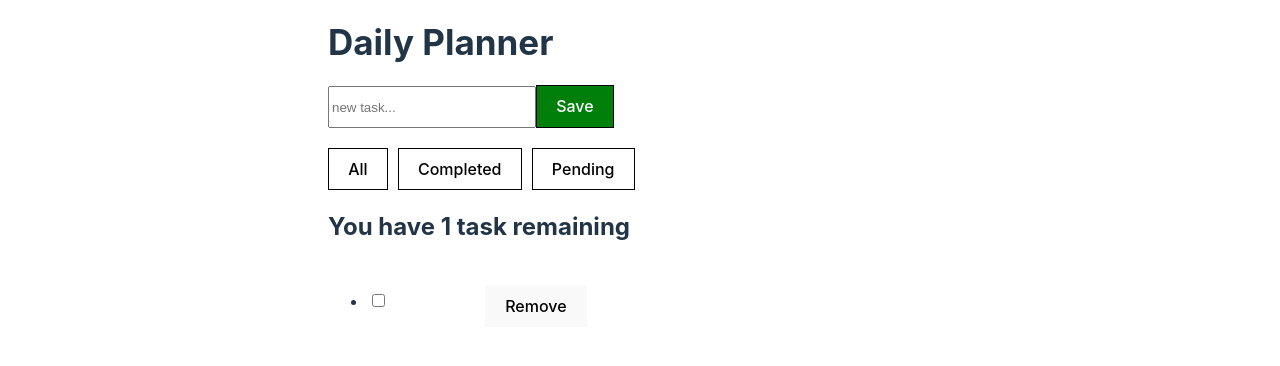
Repository: leslie179/lab4
Page: / (app in lab4/), after clicking the first element matching `button.save`
These files come from the project's save history. The page is drawn as it stood at one moment and after the next save; the edit follows.
The browser window is 1280 px wide. The pictures show the whole page.
The project was rebuilt for these pictures with package versions that can differ from the ones it lists, and the page was loaded fresh each time. Also part of the build but not shown: lab4/vite.config.js.

Above is the page before, as saved 2024-10-27 19:02:38.

After the next save:
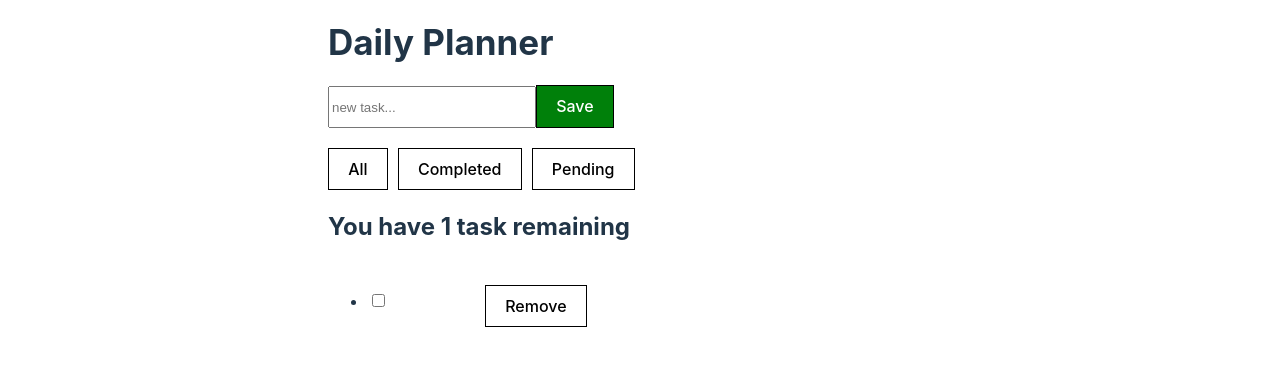
Saved 19 s later.
--- a/lab4/src/App.css
+++ b/lab4/src/App.css
@@ -41,6 +41,8 @@ h1{
 .task-button{
   position: absolute;
   border-radius: 0px;
+  border: 1px solid black;
+  background-color: white;
 }
 .task-font{
   font-weight: bold;
